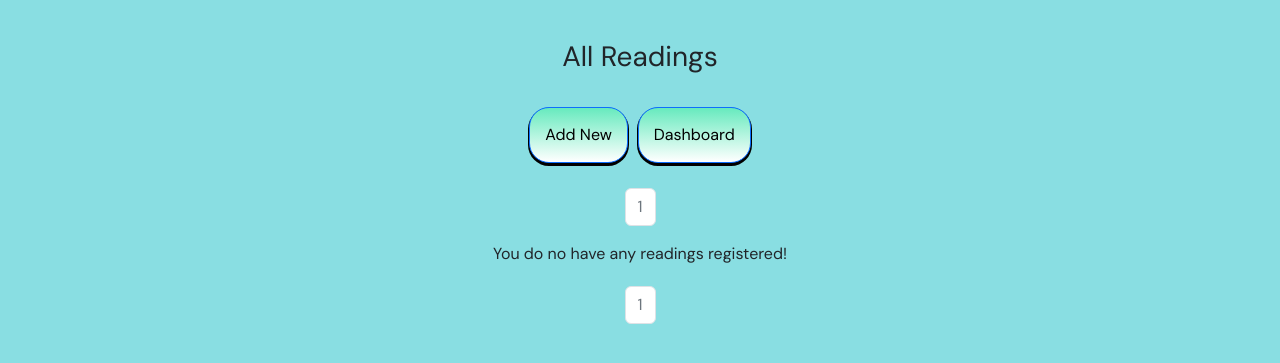
Repository: aiodell/my-glucose-checkup
Page: /bgls/all (app in client/)
An editor plug-in stored every save of this project. The page is shown before and after the next save, followed by the edit.
The browser window is 1280 px wide. The pictures show the whole page.
The page's requests for data from a server got no answer. The project was rebuilt for these pictures with package versions that can differ from the ones it lists, and the page was loaded fresh each time. No one was signed in, and anything a server would have sent is missing. Also part of the build but not shown: client/src/components/Login.js, client/src/components/Signup.js, client/src/components/Dashboard.js, client/src/components/NewReading.js, client/src/components/Home.js, client/src/components/BglUpdateForm.js, client/src/components/BglEventDetails.js, client/src/components/NewBglEvent.js and 8 more.

Above is the page before, as saved 2022-10-06 06:58:27.

### client/src/index.js
import React from 'react';
import ReactDOM from 'react-dom/client';
import {BrowserRouter as Router} from "react-router-dom";
import 'bootstrap/dist/css/bootstrap.min.css';
import App from './App';

const root = ReactDOM.createRoot(document.getElementById('root'));
root.render(
  <React.StrictMode>
  <Router>
    <App />
  </Router>
  </React.StrictMode>
);

### client/src/App.js
import { useState, useEffect } from "react"
import { Switch, Route, useHistory } from "react-router-dom"
import NavBar from "./components/NavBar"
import Login from "./components/Login"
import Signup from "./components/Signup"
import Dashboard from "./components/Dashboard"
import AllReadings from "./components/AllReadings"
import NewReading from "./components/NewReading"
import Home from "./components/Home"
import BglEventDetails from "./components/BglEventDetails"
import NewBglEvent from "./components/NewBglEvent"
import Events from "./components/Events"
import UserProfile from "./components/UserProfile"
import CreateProfile from "./components/CreateProfile"
import AllUsers from "./components/AllUsers"
import './styles.css'

const App = () => {
  const [currentUser, setCurrentUser] = useState("")
  const [readings, setReadings] = useState([])
  const [events, setEvents] = useState([])
  const [users, setUsers] = useState([])
  const [following, setFollowing] = useState([])
  const history = useHistory()

  useEffect( () => {
    fetch(`/auto-login`)
    .then((r) => {
      if (r.ok) {
        r.json().then((user) => setCurrentUser(user))
      }else{
        history.push("/login")
      }
    })
  }, [ ])

	useEffect(() => {
		fetch("/events")
		.then((r) => r.json())
		.then(setEvents)
	}, [])

  useEffect(() => {
		fetch("/bgls")
		.then((r) => r.json())
		.then(setReadings)
	}, [])

  useEffect(() => {
    fetch("/users")
    .then((r) => r.json())
    .then(setUsers)
  }, [])

  useEffect(() => {
    fetch("/relationships")
    .then((r) => r.json())
    .then(setFollowing)
  }, [])

  const updateUser = (user) => setCurrentUser(user)

  const addNewReading = (newReading) => {setReadings(readings => [...readings, newReading])}

  const deleteReading = (deletedReading) => {
    setReadings((readings) => readings.filter((reading) => reading.id !== deletedReading))
  }

  const deleteEvent = (deletedEvent) => {
    setEvents((events) => events.filter((event) => event.id !== deletedEvent))
  }

  const updateBgl = (updatedBgl) => {
    setReadings((readings) => readings.map(bgl => bgl.id === updatedBgl.id ? updatedBgl : bgl))
  }

  // add follower to list
  const addNewFollow = (newFollow) => {
    setFollowing(following => [...following, newFollow])
    const copyOfCurrentUser = {...currentUser}
    copyOfCurrentUser.followees.push(newFollow)
    setCurrentUser(copyOfCurrentUser)
  }

  // delete follower from the list
  const deleteFollow = (deletedFollow) => {
    setFollowing((following) => following.filter((following) => following.id !== deletedFollow))
  }

  const removeCurrentFollowing = (deletedFollowee) => {
    const copyOfCurrentUser = {...currentUser}
    copyOfCurrentUser.followees = copyOfCurrentUser.followees.filter(followee => followee.followee_id !== deletedFollowee.followee_id)
    setCurrentUser(copyOfCurrentUser)
  }

   return (
   <div>
    <NavBar
      currentUser = {currentUser}
      updateUser = {updateUser}
    />
    <Switch>
      <Route exact path = "/login">
        <Login updateUser = {updateUser}/>
      </Route>
      <Route exact path = "/signup">
        <Signup />
      </Route>
      <Route exact path = "/dashboard">
        <Dashboard
        currentUser = {currentUser}
        readings = {readings}
        setReadings = {setReadings}
        following = {following}  // will be used to display the highs and lows of a user being followed
        users = {users}
        />
      </Route>
      <Route exact path= "/bgls/all">
        <AllReadings
        readings = {readings}
        setReadings = {setReadings}
        />
      </Route>
      <Route exact path= "/bgls/new">
        <NewReading addNewReading= {addNewReading} />
      </Route>
      <Route exact path= "/bgls/:id/">
        <BglEventDetails
          updateBgl = {updateBgl}
          deleteReading= {deleteReading}
          readings = {readings}
        />
      </Route>
      <Route exact path="/bgls/:id/bgl_events/new">
        <NewBglEvent events= {events}/>
      </Route>
      <Route exact path="/events">
        <Events
          deleteEvent = {deleteEvent}
          events = {events}
          setEvents = {setEvents}
        />
      </Route>
      <Route exact path= "/me">
        <UserProfile
        currentUser = {currentUser}
        users = {users}
        />
      </Route>
      <Route exact path = "/create-profile">
        <CreateProfile />
      </Route>
      <Route exact path= "/users">
        <AllUsers
        currentUser = {currentUser}
        users = {users}
        addNewFollow = {addNewFollow}
        deleteFollow = {deleteFollow}
        removeCurrentFollowing ={removeCurrentFollowing}
        />
      </Route>
      <Route exact path="/">
        <Home
        currentUser = {currentUser}
        setCurrentUser = {setCurrentUser}/>
      </Route>
    </Switch>
   </div>
  )
}

export default App;

### client/src/components/NavBar.js
import { useHistory, NavLink } from 'react-router-dom'
import Container from "react-bootstrap/Container"
import Nav from 'react-bootstrap/Nav';
import Navbar from 'react-bootstrap/Navbar';
import '../styles.css';

const NavBar = ({updateUser, currentUser}) => {
	const history = useHistory()

	// log out only available when logged in
	const handleLogout = (e) => {
		fetch(`/logout`, {
			method: 'DELETE'
		})
		.then(() => {
			updateUser("")
			history.push('/')
		})
	}

	return(
		<>
		{currentUser ?
			<Navbar bg="dark" variant="dark" expand="lg">
			<Container className="nav-bar">
				<Navbar.Brand>My Glucose Checkup</Navbar.Brand>
				<Navbar.Toggle aria-controls="basic-navbar-nav" />
				<Navbar.Collapse id="basic-navbar-nav"></Navbar.Collapse>
					<Nav className="me-auto">
						<NavLink className="nav-link" to="/dashboard">
							<Nav.Item>Dashboard</Nav.Item>
						</NavLink>
						<NavLink className="nav-link" to="/bgls/all">
							<Nav.Item>My BGLs</Nav.Item>
						</NavLink>
						<NavLink className="nav-link" to="/bgls/new">
							<Nav.Item>New Reading</Nav.Item>
						</NavLink>
						<NavLink className="nav-link" to="/me">
							<Nav.Item>My Account</Nav.Item>
						</NavLink>
						<NavLink className="nav-link" to="/users">
							<Nav.Item>All Users</Nav.Item>
						</NavLink>
						<Nav.Link onClick={handleLogout}>Logout</Nav.Link>
					</Nav>
			</Container>
		</Navbar> : null }
		</>
	)
}

export default NavBar

### client/src/components/AllReadings.js
import { useState, useEffect } from "react"
import Pagination from "react-bootstrap/Pagination"
import { useHistory, Link, NavLink } from "react-router-dom"
import Card from 'react-bootstrap/Card';
import Container from "react-bootstrap/Container"
import Button from "react-bootstrap/Button"

const AllReadings = ({readings, setReadings }) => {
	const [errors, setErrors] = useState([])
	const [ currentRange, setCurrentRange ] = useState([0, 10]);
	const history = useHistory()

	useEffect(() => {
		fetch("/bgls")
		.then(r => {
			if(r.ok){
				r.json().then(readings => setReadings(readings))
			}else{
				r.json().then(data => {
					setErrors(data.errors)
					history.push("/login")
				})
			}
		})
	}, [])

	const handleDelete = (id) => {
		fetch(`/bgls/${id}`, {
			method: "DELETE",
		})
		.then(() =>{
			setReadings((readings) => readings.filter((reading) => reading.id !== id))
		})
	}

		// render the current Bgls
	const renderReadings = readings.map((bgl) => {
		return(
			<Card className="bgl-card" key= {bgl.id}>
				<Card.Body className="link-text-style" as={Link} to= {`/bgls/${bgl.id}`}>
					<Card.Title className="card-title">
						{bgl.value} mg/dl
					</Card.Title>
					<Card.Text>
						{bgl.created_at}
					</Card.Text>
				</Card.Body>
				<Button className="delete-btn" onClick={() => handleDelete(bgl.id)}>
					Delete
				</Button>
			</Card>
		)
	})


	// pagination of the Bgls
  	const handlePageClick = (e) => {
    const pageNum = e.target.innerText;

    if(pageNum === '1') {
      setCurrentRange([ 0, 20 ]);
    } else {
      const start = pageNum * 20 - 19;
      const end = pageNum * 20;
      setCurrentRange([ start, end ]);
    }
  }

	const bglPages = () => {
    let pages = [];
    let numOfPages = renderReadings.length / 10 + 1;

    for( let pageNum = 1; pageNum <= numOfPages; pageNum++ ) {
      pages.push(
        <Pagination.Item
          key={ pageNum }
          onClick={ handlePageClick }
          active={ currentRange[1] / 10 === pageNum }
          disabled={ currentRange[1] / 10 === pageNum }
        >
          { pageNum }
        </Pagination.Item>
      )
    }
    return pages;
  }
  	// end of pagination of Bgls

	const bglPage = renderReadings.slice(...currentRange)

	return(
		<>
		{errors ? errors.map(e => <section>{e}</section>):null}
			<Container className="all-bgl-container-style">
				<h3 className="title">All Readings</h3>
				<NavLink to="/bgls/new">
					<Button className="btns">Add New</Button>
				</NavLink>
				<NavLink to="/dashboard">
					<Button className="btns">Dashboard</Button>
				</NavLink>
				<Container>
					<Pagination className="pages">{ bglPages() }</Pagination>
				</Container>
					{bglPage.length > 0 ? bglPage : "You do no have any readings registered!"}
				<Container>
					<Pagination className="pages">{ bglPages() }</Pagination>
				</Container>
			</Container>
		</>
	)
}

export default AllReadings

### client/src/styles.css
@import url('https://fonts.googleapis.com/css2?family=DM+Sans&display=swap');
@import url('https://fonts.googleapis.com/css2?family=Carter+One&family=DM+Sans&display=swap');

body {
  font-family: 'DM Sans', sans-serif;
  background-color:	#89dee2;
  margin: 0px;
}

/*Universal */
.btns {
  background-image: linear-gradient(#67eabe, #ffffff);
  color: rgb(0, 0, 0);
  padding: 15px;
  margin: 5px;
  text-align: center;
  border-radius: 20px;
  box-shadow: 0px 2px 0px 1px black;
  text-decoration: none;
}

.container-style{
  text-align: center;
  padding: 10px;
  position: relative;
}

.navbar-brand{
  font-family: 'Carter One', cursive;
  font-size: 2rem;
  text-align:left
}

/*Home Page */
.Home {
  text-align: center;
}

.home-background {
  background-color: #88c7b2;
  min-height: 100vh;
  display: flex;
  flex-direction: column;
  align-items: center;
  justify-content: center;
  font-size: calc(10px + 2vmin);
  color: white;
}

.welcome {
  font-family: 'Carter One', cursive;
  text-shadow: 2px 2px black;
  text-align: center;
}

.home-btn-div {
  align-content: center;
}

/*Forms */
.form-style{
  margin-top: 100px;
  border-radius: 20px;
  box-shadow: 0px 2px 0px 1px black;
  background-image: linear-gradient(#67eabe, #ffffff);
  color: rgb(0, 0, 0);
}
.title{
  padding: 20px;
  position: relative;
}

/*Dashbord */
.dash-container{
  margin-top: 100px;
  padding: 20px;
  background-image: linear-gradient(#67eabe, #ffffff);
  border-radius: 25px;
  position: relative;
}

.current-bgl{
  border-radius: 50%;
  height: 150px;
  width: 150px;
  vertical-align: middle;
  left: 44%;
  position: relative;
  box-shadow: 2px 2px 2px 2px black;
  background-image: linear-gradient(#67eabe, #ffffff);
}

.current-txt{
  text-align: center;
  font-size: 4rem;
  padding-top: 40px;
  padding-left: 5px;
  position: relative;
}

.low-high-avg{
  padding: 20px;
  position: relative;
}

.dash-title{
  font-family: 'Carter One', cursive;
  text-shadow: 2px 2px 2px black;
  color: white
}

/*Events */

.list{
  list-style: none;
  padding: 5px;
  font-size: 150%;
}

.event-container-style{
  text-align: center;
  padding: 10px;
  position: relative;
  margin: 5px;
}

.delete-btn{
  background-image: linear-gradient(#67eabe, #ffffff);
  color: rgb(0, 0, 0);
  padding: 5px;
  margin: 5px;
  text-align: center;
  box-shadow: 0px 2px 0px 1px black;
  text-decoration: none;
}
.event-card{
  vertical-align: middle;
  left: 39%;
  position: relative;
}

/*All bgls*/
.all-bgl-container-style{
  align-content: center;
  margin-top: 20px;
  text-align: center;
  display: relative;
  position:relative;
  max-width: 50%;
}

.link-text-style{
  text-decoration: none;
}

.pages {
  display: flex;
  justify-content: center;
  margin-top: 20px;
}

.bgl-card{
  margin: 10px;
  text-decoration: none;
  color: black;
  box-shadow: 0px 2px 0px 2px black;
}

.card-title{
  font-size: 150%;
}

.search {
  width: 50%;
  text-align: center;

  position: relative;
  display: block;
  margin: auto;
  padding: 2rem;
}

.searchTerm {
  text-align: center;
  width: 100%;
  border: 3px solid #004e59;
  padding: 5px;
  height: 3rem;
  border-radius: 5px;
  outline: none;
  font-size: 1.5rem;
}

/* Profile Completion Form */
.form-title{
  text-align: center;
  margin-top: 15px;
}

.profile-completion{
  text-align: center;
  padding: 15px;
  margin: 10px;
  box-shadow: 1px 2px 0px 1px black;
  background-image: linear-gradient(#eaeaea, #ffffff);
  color: rgb(0, 0, 0);
}

.profile-label{
  margin-bottom: 5px;
  margin-top: 10px;
}

.form-check{
  margin-top: 5px
}

/*profile container*/
.profile-container{
  align-content: center;
  margin-top: 20px;
  text-align: center;
  display: relative;
  position:relative;
  max-width: 50%;
}

Loaded but not shown: client/public/index.html (common file)

After the next save:
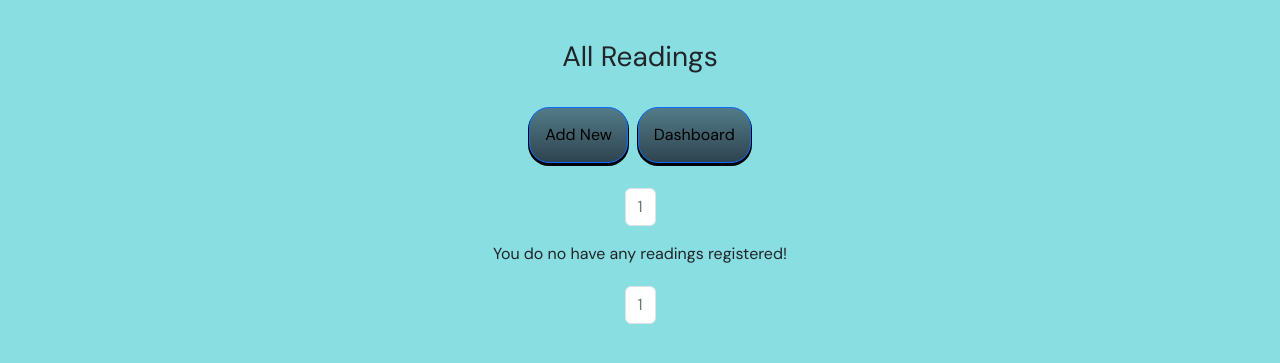
Saved 28 s later.
--- a/client/src/styles.css
+++ b/client/src/styles.css
@@ -9,7 +9,7 @@ body {
 
 /*Universal */
 .btns {
-  background-image: linear-gradient(#67eabe, #ffffff);
+  background-image: linear-gradient(#527c88, #2e4450);
   color: rgb(0, 0, 0);
   padding: 15px;
   margin: 5px;
